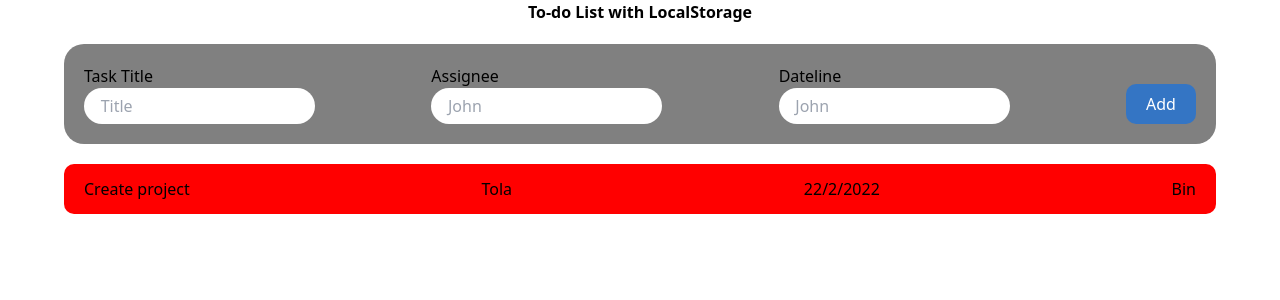
Repository: Sarah7223/internet-programming-tp
Page: TP3/TP03.1.html
An editor plug-in stored every save of this project. The page is shown before and after the next save, followed by the edit.
The browser window is 1280 px wide. The pictures show the whole page.
Some web libraries are served in a nearby version.

Above is the page before, as saved 2023-01-13 14:22:42.

### TP3/TP03.1.html
<!DOCTYPE html>
<html lang="en">

<head>
    <style>
        .background {
            display:flex;
            width: 100%;
            height: 100%;
            margin: auto;
            flex-direction: column;
            justify-content: center;
            align-items: center;

        }
        .title{
            align-items: center;
        }
        .pannel{
            margin-top:20px;
            display:flex;
            width: 90%;
            height: 100px;
            background-color: grey;
            border-radius:20px;
            flex-direction: row;
            justify-content: space-between;
            padding:20px;

        }
        .task{
             display:flex;
             flex-direction: column;
        }
        input{
             border-radius:20px;
             height: 40px;
        }
        .but1{
            display:flex;
            align-self: flex-end;
            background-color: rgb(52, 117, 196);
            height: 40px;
            width: 70px;
            border-radius:10px;
            color: white;
            text-align: center;
            justify-content: center;

        }
        .line{
            width: 90%;
            height: 50px;
            background-color: red;
            display:flex;
            flex-direction: row;
            justify-content: space-between;
            align-items: center;
            padding:20px;
            border-radius:10px;
            margin: 20px;
        }
        div{
            display: flex;
        }


    </style>
</head>

<body>
    <script src="https://cdn.tailwindcss.com"></script>

   <div class="background">
        <div class=" font-bold title">
            To-do List with LocalStorage
        </div>
        <div class="pannel">
            <div class="task">
                Task Title
                <input type="text" placeholder="    Title"/>
            </div>
            <div class="task">
                Assignee
                <input type="text" placeholder="    John"/>
            </div>
            <div class="task">
                Dateline
                <input type="text" placeholder="    John"/>
            </div>
            <div class="task but1">
                <button type="button">Add</button>
            </div>
        </div>

        <div class="line">
            <div> Create project </div>
            <div> Tola </div>
            <div> 22/2/2022 </div>
            <div>Bin</div>


        </div>


   </div>
</body>

</html>

After the next save:
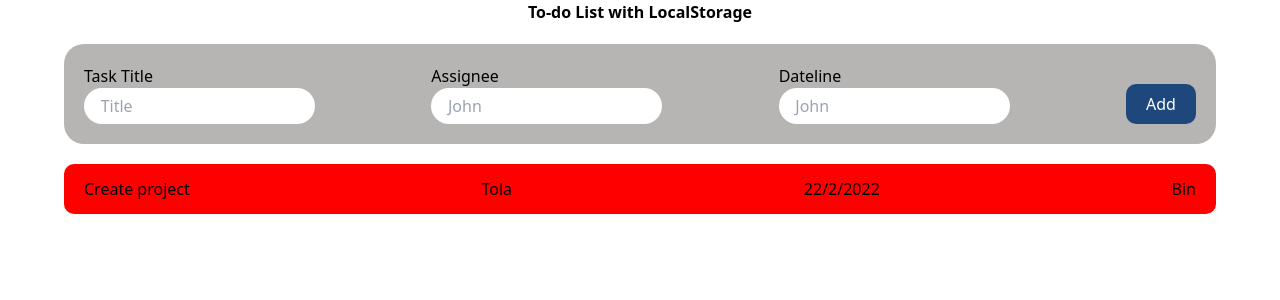
Saved 15 s later.
--- a/TP3/TP03.1.html
+++ b/TP3/TP03.1.html
@@ -21,7 +21,7 @@
             display:flex;
             width: 90%;
             height: 100px;
-            background-color: grey;
+            background-color: rgb(183, 180, 180);
             border-radius:20px;
             flex-direction: row;
             justify-content: space-between;
@@ -39,7 +39,7 @@
         .but1{
             display:flex;
             align-self: flex-end;
-            background-color: rgb(52, 117, 196);
+            background-color: rgb(30, 72, 124);
             height: 40px;
             width: 70px;
             border-radius:10px;
